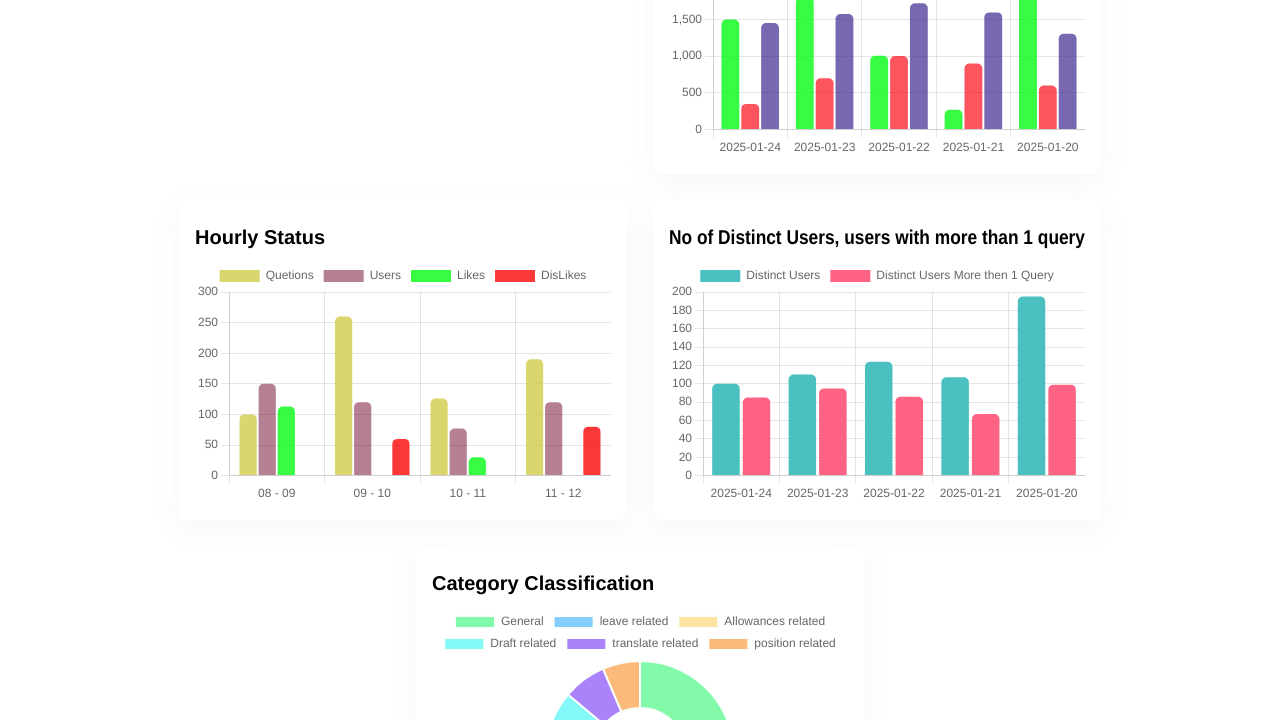
Repository: NAGARAJ-DEVELOPER/Dashboard
Page: /
An editor plug-in stored every save of this project. The page is shown before and after the next save, followed by the edit.
The browser window is 1280 px wide. The pictures show the whole page.
An inner scrolling area shows only its first screen. The project was rebuilt for these pictures with package versions that can differ from the ones it lists, and the page was loaded fresh each time. Also part of the build but not shown: vite.config.js.

Above is the page before, as saved 2025-02-12 00:23:20.

After the next save:
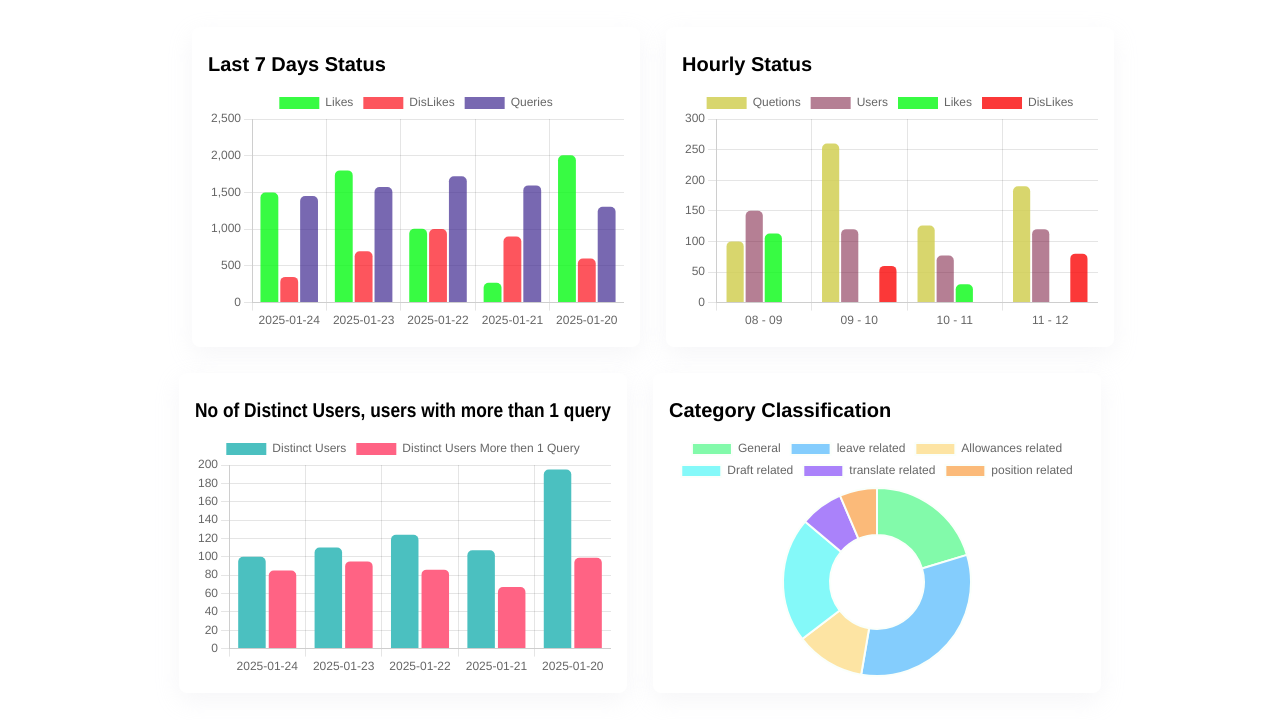
Saved 20 s later.
--- a/src/App.jsx
+++ b/src/App.jsx
@@ -25,7 +25,7 @@ export const App = () => {
   return (
 
     <div className="App">
-    <div className="categoryCard">
+    <div className="Height">
       <br></br>
       <br></br>
     </div>
